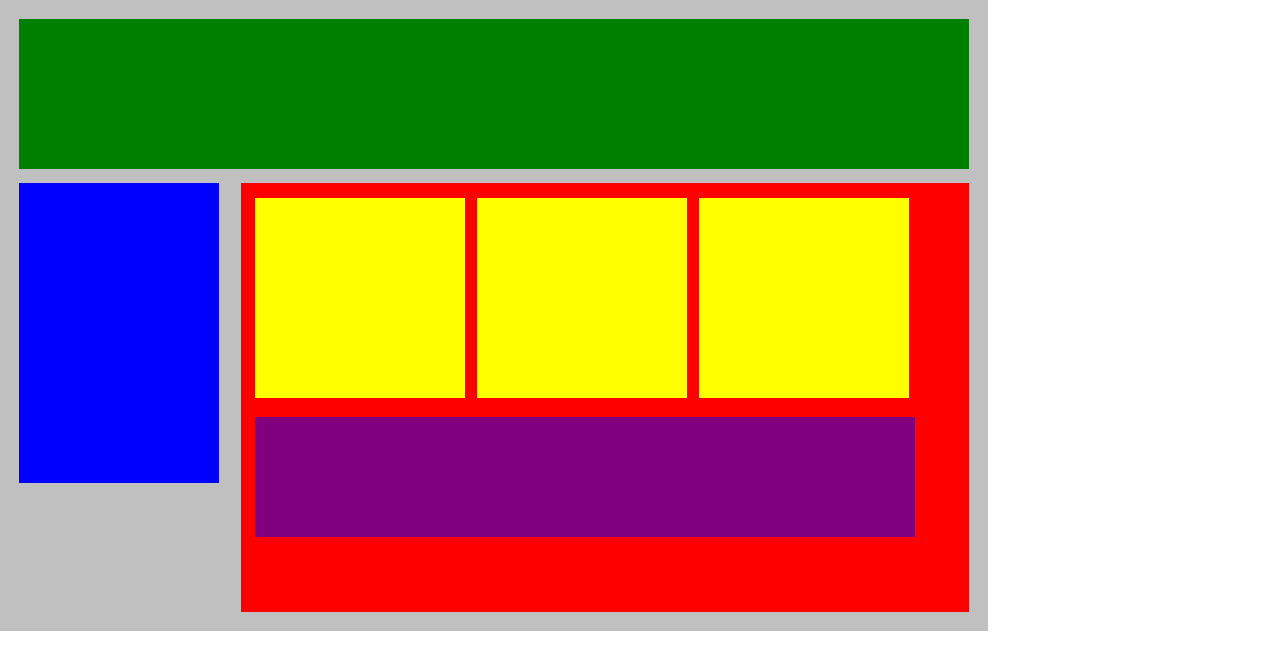
Repository: Fredy452/Fundamentos_de_la_Web
Page: Trabajos/Bloques/index.html
The author's editor kept a copy of each file at every save. The page is drawn from the files as they stood at one save, then again after the next save.
The browser window is 1280 px wide. The pictures show the whole page.

Above is the page before, as saved 2023-06-16 16:47:58.

### Trabajos/Bloques/index.html
<!DOCTYPE html>
<html lang="en">
<head>
    <meta charset="UTF-8">
    <meta name="viewport" content="width=device-width, initial-scale=1.0">
    <title>Trazando bloques</title>
    <link rel="stylesheet" href="style.css">
</head>
<body>
    <div class="container">
        <div class="top-nav"></div>
        <div class="side-nav"></div>
        <div class="main">
            <div class="sub-content"></div>
            <div class="sub-content"></div>
            <div class="sub-content"></div>
            <div id="advertisment"></div>
        </div>
    </div>
</body>
</html>

### Trabajos/Bloques/style.css
*{
    margin: 0;
    padding: 0;

}
.container{
    display: inline-block;
    width: 950px;
    background-color: silver;
    margin: 0 auto;
    padding: 1.5%;
}
.top-nav{
    height: 150px;
    background-color: green;
    margin-bottom: 1.5%;
}
.side-nav{
    float: left;
    height: 300px;
    width: 200px;
    background-color:blue;
}
.main{
    float: right;
    padding: 1.5%;
    height: 400px;
    width: 700px;
    background-color:red;
}
.sub-content{
    display: inline-block;
    height:200px;
    width: 210px;
    background-color:yellow;
    margin: 0 8px 15px 0;
}
#advertisment{
    height: 120px;
    width: 660px;
    background-color: purple;
}

After the next save:
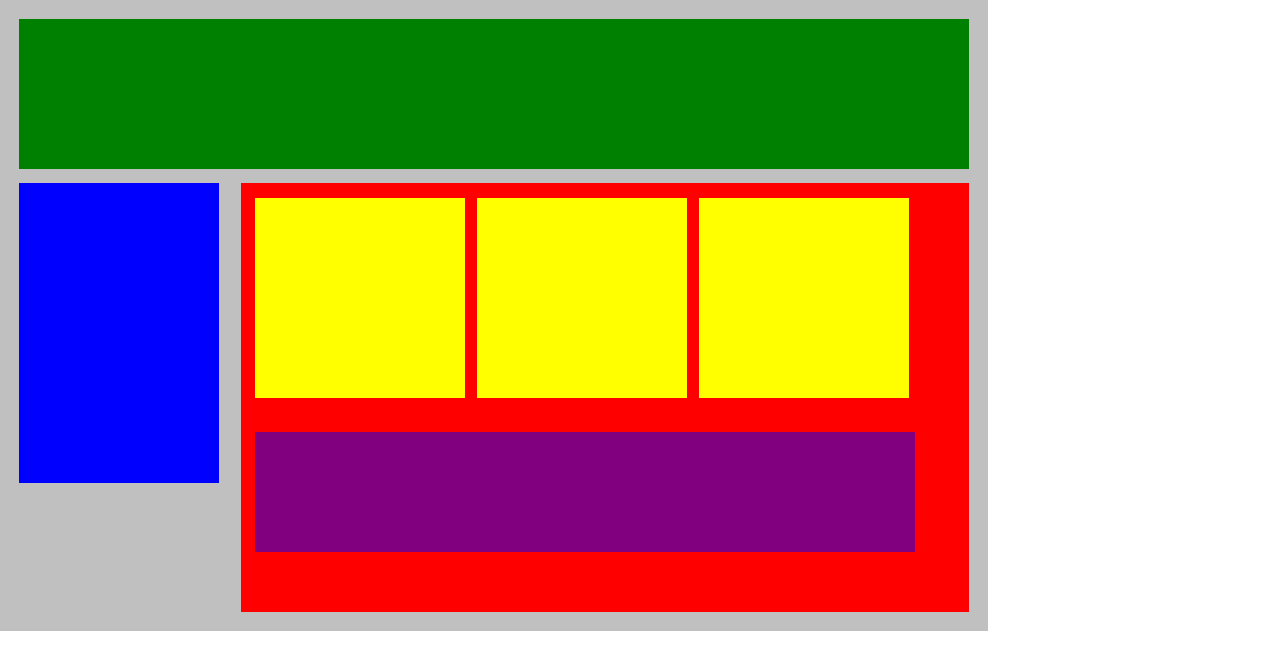
Saved 5 s later.
--- a/Trabajos/Bloques/style.css
+++ b/Trabajos/Bloques/style.css
@@ -33,7 +33,7 @@
     height:200px;
     width: 210px;
     background-color:yellow;
-    margin: 0 8px 15px 0;
+    margin: 0 8px 30px 0;
 }
 #advertisment{
     height: 120px;
